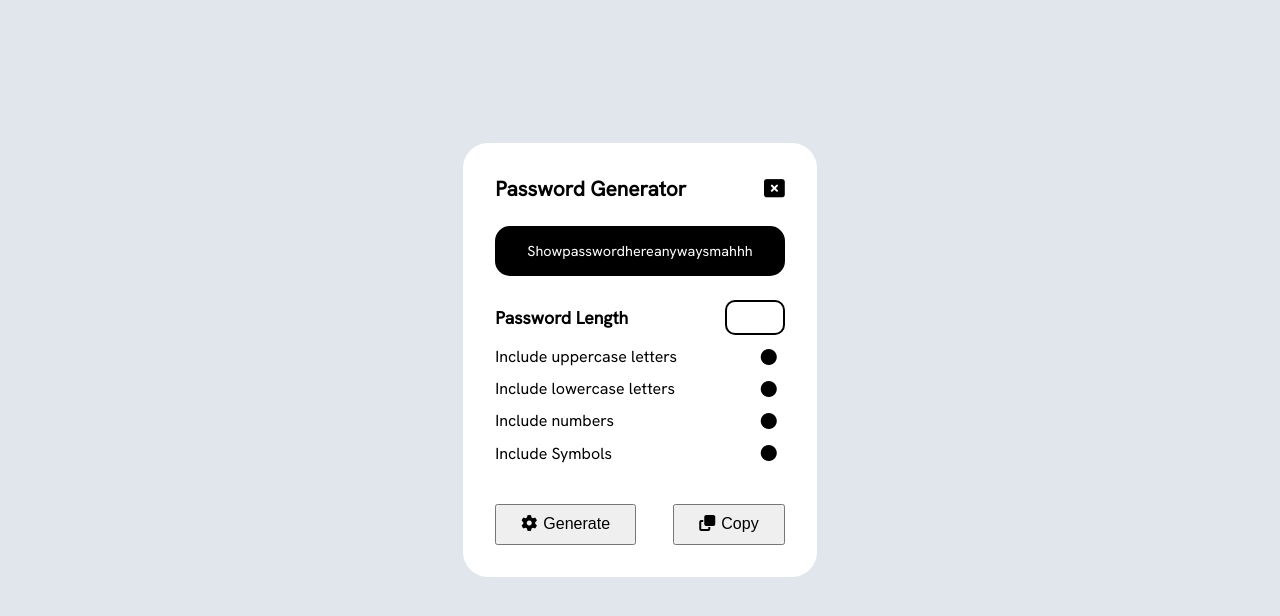
Repository: emiliaiwu/password_generator
Page: index.html
The author's editor kept a copy of each file at every save. The page is drawn from the files as they stood at one save, then again after a run of saves.
The browser window is 1280 px wide. The pictures show the whole page.
Some web libraries are served in a nearby version.

Above is the page before, as saved 2022-12-14 04:41:35.

After the next 4 saves:
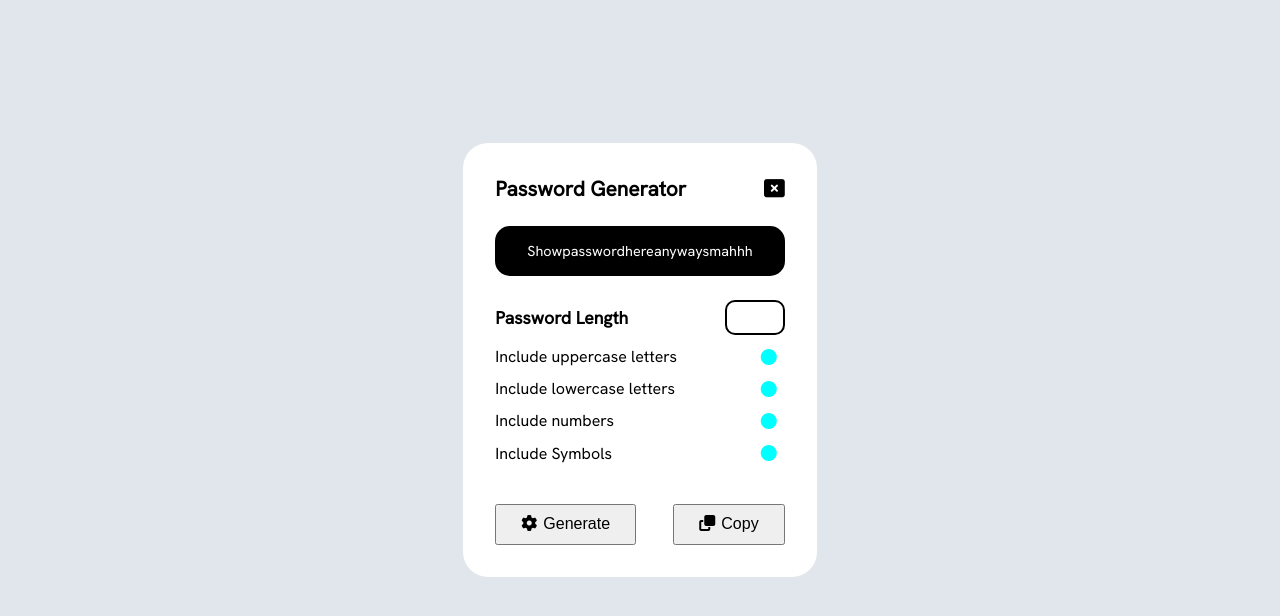
The 4 saves are shown as one change because they came seconds apart.
The last was saved 76 s later.
--- a/style.css
+++ b/style.css
@@ -108,6 +108,10 @@ label {
     transform: translate(-50%, -50%);
 }
 
+.fa-circle {
+    color: aqua;
+}
+
 .fa-circle-check{
     opacity: 0;
 }
